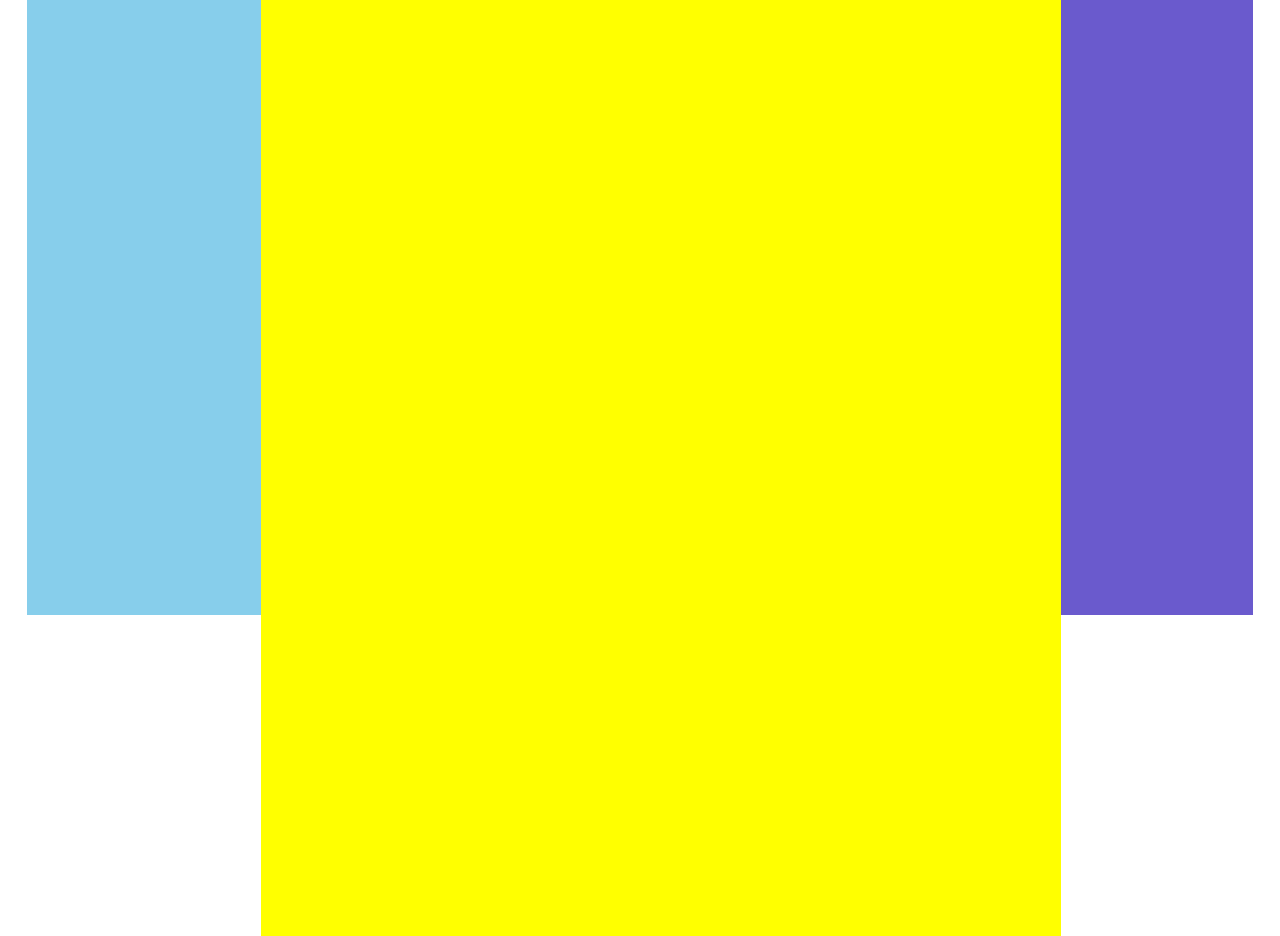
Repository: TheBestBadGuy0228/code
Page: float案例2.html
These files come from the project's save history. The page is drawn as it stood at one moment and after the next save; the edit follows.
The browser window is 1280 px wide. The pictures show the whole page.

Above is the page before, as saved 2021-12-09 10:26:41.

After the next save:
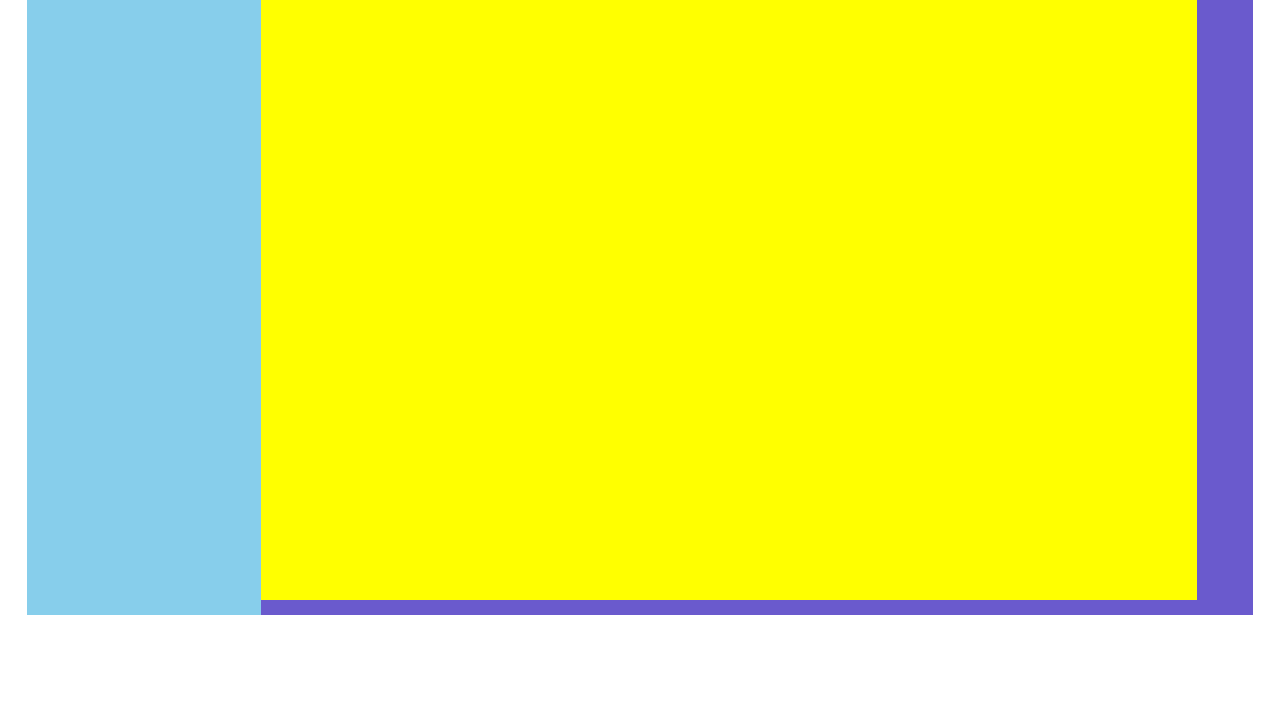
Saved 39 s later.
--- a/float案例2.html
+++ b/float案例2.html
@@ -44,8 +44,8 @@
     }
 
     .right li {
-        width: 400px;
-        height: 234px;
+        width: 234px;
+        height: 300px;
         background-color: yellow;
         float: left;
     }
